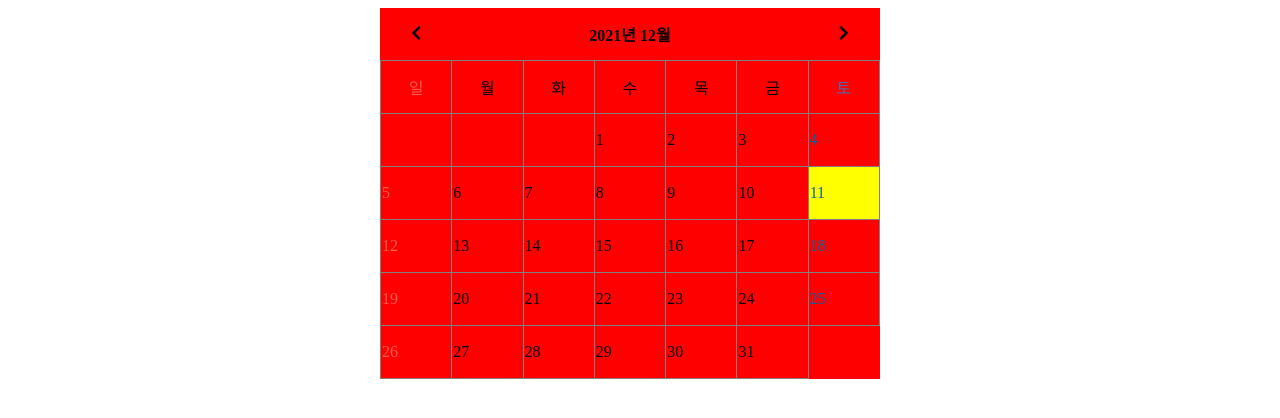
Repository: shin-sj/Checkkeu
Page: http://localhost/test2/WEB-INF/user/calendar.jsp
These files come from the project's save history. The page is drawn as it stood at one moment and after a run of saves; the edit follows.
The browser window is 1280 px wide. The pictures show the whole page.
Some web libraries are served in a nearby version. The page is served by Tomcat 9. Nobody is signed in. Other server files are loaded and not shown. The template is opened directly, without the code that normally fills it, so the values that code supplies are empty.

Above is the page before, as saved 2021-12-15 15:54:50.

### test2/src/main/webapp/WEB-INF/user/calendar.jsp
<%@ page language="java" contentType="text/html; charset=UTF-8"
	pageEncoding="UTF-8"%>
<%@ taglib prefix="c" uri="http://java.sun.com/jsp/jstl/core" %>
<!DOCTYPE html>
<html>
<head>
<meta charset="UTF-8">
<title>calendar</title>

<!-- 아이콘 -->
<link rel="stylesheet"
	href="https://use.fontawesome.com/releases/v5.6.1/css/all.css">

<style>

		.container {
		//	width: 385px;
		//	line-height: 50px;
		//	margin: 50px auto;
		//	margin-bottom: -100px;

			display: flex;
		}

		h5 {
			text-align: center;
		}

		h5 span {
			color: teal;
		}

	#calendar {
		width: 500px;
		border: none;
		border-collapse : collapse;

		margin-right: 20px;
		background-color: red;

	}
	td{
		width: 100px;
		height: 50px;
		border: solid 0.5px gray;
		border-collapse : collapse;
	}
	th {
		border: none;
		height: 50px;
	}

	.contents {
		margin-bottom: 100px;
		display: flex;
  		justify-content: center;

	}
	/* 툴팁 기본 스타일 설정 시작 */

	.tooltip {
	  position: relative;
	  display: block;
	}

	.tooltip .tooltiptext {
	  visibility: hidden;
	  width: 120px;
	  background-color: black;
	  opacity: 0.5;
	  color: #fff;
	  text-align: center;
	  border-radius: 6px;
	  padding: 5px 0;

	  position: absolute;
	  z-index: 1;
	}

	.tooltip:hover .tooltiptext {
	  visibility: visible;
	}

	/* 툴팁 기본 스타일 설정 끝 */

	/* 위쪽 툴팁 시작 */

	.tooltip .tooltip-top {
	  width: 120px;
	  bottom: 150%;
	  left: 50%;
	  margin-left: -60px;
	}
	.tooltip .tooltiptext::after {
  content: " ";             /* 정사각형 영역 사용 */
  position: absolute;       /* 절대 위치 사용 */
  border-style: solid;
  border-width: 5px;        /* 테두리 넓이를 5px 로 설정 */
}
	.tooltip .tooltip-top::after {
	  top: 100%;
	  left: 50%;
	  margin-left: -5px;
	  border-color: black transparent transparent transparent;
	}

</style>

<script>

	var policyDate = "";
	var today = new Date(); //오늘 날짜
    var date = new Date();//today의 Date를 세어주는 역할
    function prevCalendar() {//이전 달
    	policyDate = "";
     today = new Date(today.getFullYear(), today.getMonth() - 1, today.getDate());
     buildCalendar(); //달력 cell 만들어 출력
    }
    function nextCalendar() {//다음 달
    	policyDate = "";
         today = new Date(today.getFullYear(), today.getMonth() + 1, today.getDate());
         buildCalendar();//달력 cell 만들어 출력
    }
    function buildCalendar(){//현재 달 달력 만들기
    	policyDate="";
        var doMonth = new Date(today.getFullYear(),today.getMonth(),1);
        //이번 달의 첫째 날

        var lastDate = new Date(today.getFullYear(),today.getMonth()+1,0);
        //이번 달의 마지막 날

        var tbCalendar = document.getElementById("calendar");
        //날짜를 찍을 테이블 변수 만듬, 일 까지 다 찍힘

        var tbCalendarYM = document.getElementById("tbCalendarYM");
        //테이블에 정확한 날짜 찍는 변수

         tbCalendarYM.innerHTML = today.getFullYear() + "년 " + (today.getMonth() + 1) + "월 ";
         policyDate += today.getFullYear() + "/";
         policyDate += today.getMonth() + 1 + "/";
         /*while은 이번달이 끝나면 다음달로 넘겨주는 역할*/
        while (tbCalendar.rows.length > 2) {
        //열을 지워줌
              tbCalendar.deleteRow(tbCalendar.rows.length-1);
         }
         var row = null;
         row = tbCalendar.insertRow();
         //테이블에 새로운 열 삽입
         var cnt = 0;// count, 셀의 갯수를 세어주는 역할
        // 1일이 시작되는 칸을 맞추어 줌
         for (i=0; i<doMonth.getDay(); i++) {
         /*이번달의 day만큼 돌림*/
              cell = row.insertCell();
              cnt = cnt + 1;
         }
        /*달력 출력*/
        var policyDate2 = "";
		for (i = 1; i <= lastDate.getDate(); i++) {
			policyDate2 = policyDate; // yyyy/mm/ 까지만
			if(i < 10)
				policyDate2 += "0" + i;
			else
				policyDate2 += i; //yyyy/mm/ + i -> yyyy/mm/dd

         	//1일부터 마지막 일까지 돌림
            cell = row.insertCell();
   			//foreach문 안에서는 break, continue 사용불가능

           <c:forEach var="scrap" items="${scrapDateList}">
				if(policyDate2 == "${scrap.endDate}"){
					var str = i + "<br>" + "<p style='color: #f29886; font-size: 5px;'>${scrap.name}지원 마감일</p>"

					cell.innerHTML = str;
					cnt++;

					if (cnt % 7 == 0){/*토요일 */
						cell.innerHTML = "<font color=#0067a3>" + i + " ✔";
			            row = calendar.insertRow();
			          }
					if (cnt % 7 == 1){/*일요일 */
						cell.innerHTML = "<font color=#FD5E53>" + i + " ✔";
			          }

					 /*오늘 날짜*/
			          if (today.getFullYear() == date.getFullYear()
			             && today.getMonth() == date.getMonth()
			             && i == date.getDate()) {
			            cell.bgColor = "#D2D2FF";
			           }
					 continue;
					}
				if(policyDate2 == "${scrap.startDate}"){


					var str = i + "<br>" + "<p style='color: #0096c6; font-size: 5px;'>${scrap.name}지원 시작일</p>"

					cell.innerHTML = str;
					cnt++;

					if (cnt % 7 == 0){/*토요일 */
						cell.innerHTML = "<font color=#0067a3>" + i + " ✔";
			            row = calendar.insertRow();
			          }
					if (cnt % 7 == 1){/*일요일 */
						cell.innerHTML = "<font color=#FD5E53>" + i + " ✔";
			          }

					 /*오늘 날짜*/
			          if (today.getFullYear() == date.getFullYear()
			             && today.getMonth() == date.getMonth()
			             && i == date.getDate()) {
			            cell.bgColor = "#ffff00";
			           }
					 continue;
					}

				else{
	            	cell.innerHTML = i;
				}

            </c:forEach>

            cell.innerHTML = i;
            cnt++;

            if (cnt % 7 == 1) {/*일요일 계산*/
		            cell.innerHTML = "<font color=#FD5E53>" + i;
	        }

	          if (cnt % 7 == 0){/*토요일 */
					cell.innerHTML = "<font color=#0067a3>" + i;
	               row = calendar.insertRow();
	          }

	          /*오늘 날짜*/
	          if (today.getFullYear() == date.getFullYear()
	             && today.getMonth() == date.getMonth()
	             && i == date.getDate()) {
	            cell.bgColor = "#ffff00";

	           }

         }
    }
</script>

</head>
<body>

		<div class="contents">

			<div class="contents-split">
				<table id="calendar">
					<tr>
						<!-- label은 마우스로 클릭을 편하게 해줌 -->
						<th><label onclick="prevCalendar()"><i
								class="fas fa-chevron-left"></i></label></th>
						<th align="center" id="tbCalendarYM" colspan="5">yyyy년 m월</th>
						<th><label onclick="nextCalendar()"><i
								class="fas fa-chevron-right"></i></label></th>
					</tr>
					<tr>
						<td align="center"><font color="#FD5E53">일</font></td>
						<td align="center">월</td>
						<td align="center">화</td>
						<td align="center">수</td>
						<td align="center">목</td>
						<td align="center">금</td>
						<td align="center"><font color="#3F72AF">토</font></td>
					</tr>
				</table>
				<script>
		    buildCalendar();
			</script>
			</div>

	</div>
</body>


</html>

After the next 2 saves:
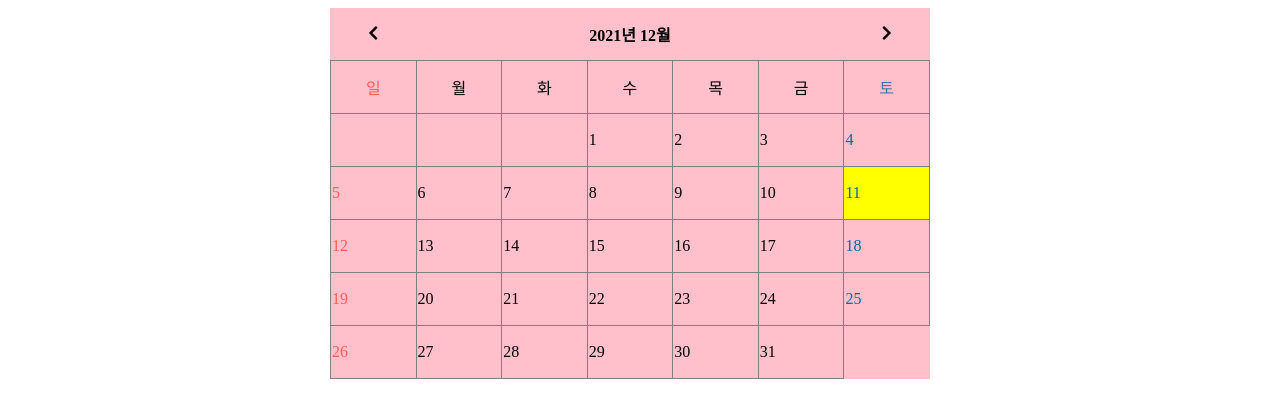
The 2 saves are shown as one change because they came seconds apart.
The last was saved 11 s later.
--- a/test2/src/main/webapp/WEB-INF/user/calendar.jsp
+++ b/test2/src/main/webapp/WEB-INF/user/calendar.jsp
@@ -31,12 +31,12 @@
 		}
 
 	#calendar {
-		width: 500px;
+		width: 600px;
 		border: none;
 		border-collapse : collapse;
 
 		margin-right: 20px;
-		background-color: red;
+		background-color: pink;
 
 	}
 	td{
